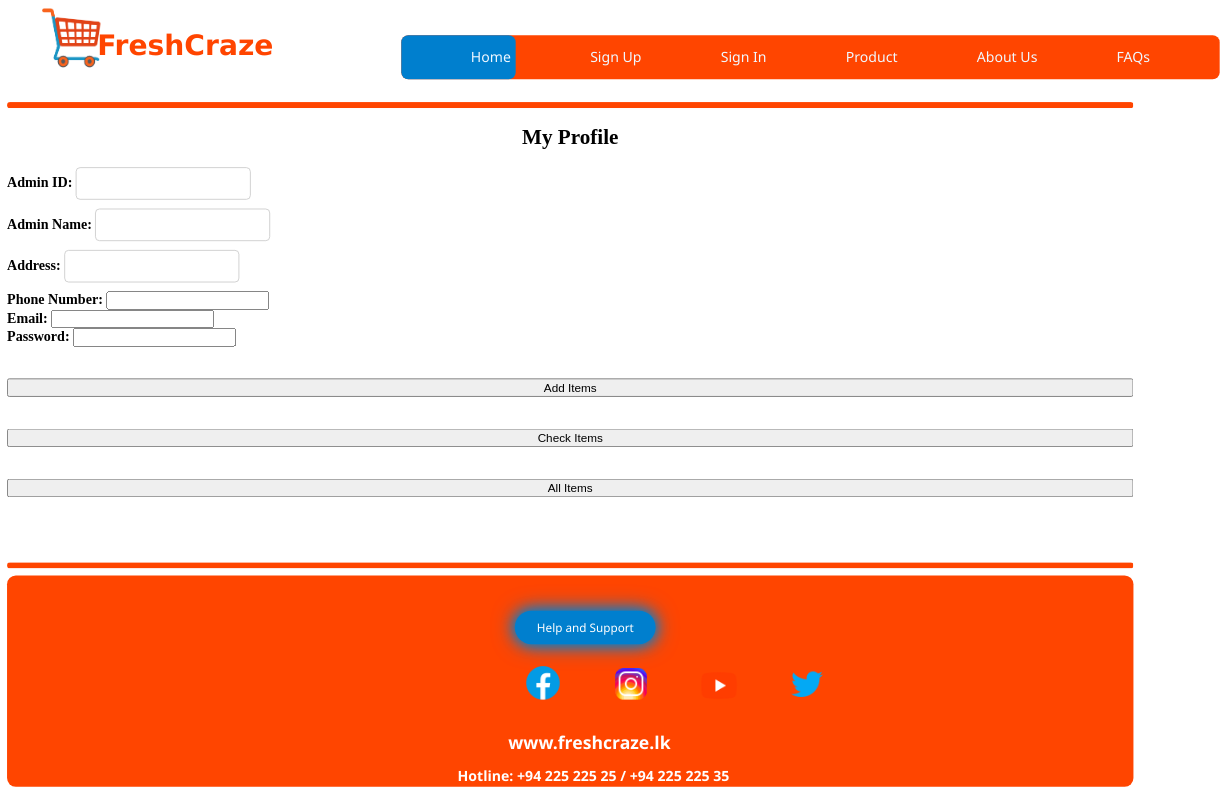
Repository: shanika2002/FreshCraze
Page: http://localhost/itemDem/profile.jsp
The author's editor kept a copy of each file at every save. The page is drawn from the files as they stood at one save, then again after the next save.
The browser window is 1280 px wide. The page is 1386 px wide, so the pictures cover 1386 px, including what lies to the right of the window. The pictures show the whole page, at 88% of full size.
The page is served by Tomcat 9. The template is opened directly, without the code that normally fills it, so the values that code supplies are empty.

Above is the page before, as saved 2024-05-11 05:33:07.

After the next save:
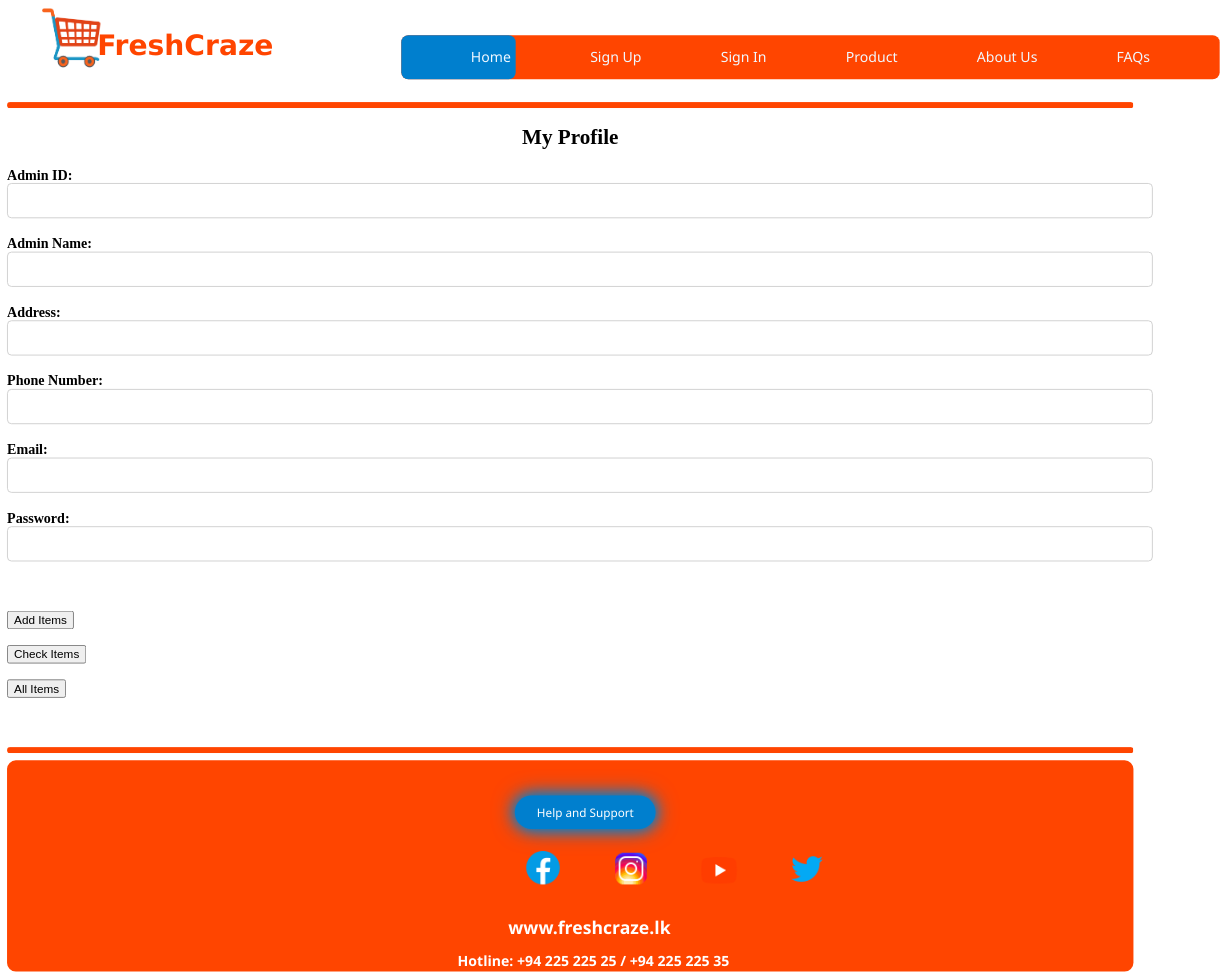
Saved 52 s later.
--- a/itemDem/src/main/webapp/css/profile.css
+++ b/itemDem/src/main/webapp/css/profile.css
@@ -138,59 +138,56 @@ nav a:nth-child(6):hover~span{
 }
 
 .container {
-    max-width: 500px;
-    margin: 0 auto;
+    width: 50%;
+    margin: 50px auto;
+    background-color: #fff;
     padding: 20px;
-    background-color: #ffff80;
-    border-radius: 5px;
+    border-radius: 10px;
     box-shadow: 0 0 10px rgba(0, 0, 0, 0.1);
-}
-
-h2 {
+  }
+
+  h2 {
     text-align: center;
+  }
+
+  form {
+    width: 100%;
+  }
+
+  .form-group {
     margin-bottom: 20px;
-}
-
-form {
-    display: flex;
-    flex-direction: column;
-}
-
-label {
-    margin-bottom: 5px;
+  }
+
+  .form-group label {
+    display: block;
     font-weight: bold;
-}
-
-input[type="text"],
-input[type="number"],
-select,
-textarea {
+  }
+
+  .form-group input[type="text"],
+  .form-group input[type="email"],
+  .form-group input[type="tel"],
+  .form-group input[type="password"]{
+    width: 100%;
     padding: 10px;
-    margin-bottom: 10px;
     border: 1px solid #ccc;
     border-radius: 5px;
-}
-
-input[type="submit"] {
-	display: block;
-    margin: 0 auto;
-    background-color: #4CAF50;
-    color: white;
-    padding: 12px 20px;
-    border: none;
+    font-size: 16px;
+  }
+
+
+  .form-group input[type="submit"] {
+    background-color: #007bff;
+    color: #fff;
+    border: none;
+    padding: 10px 20px;
+    font-size: 16px;
+    cursor: pointer;
     border-radius: 5px;
-    cursor: pointer;
-    width: 40%;
-    margin-top: 10px;
-}
-
-input[type="submit"]:hover {
-    background-color: #45a049;
-}
-
-input[type="file"] {
-    margin-top: 5px;
-}
+  }
+
+  .form-group input[type="submit"]:hover {
+    background-color: #0056b3;
+  }
 
 .footer{
     height: 200px;
